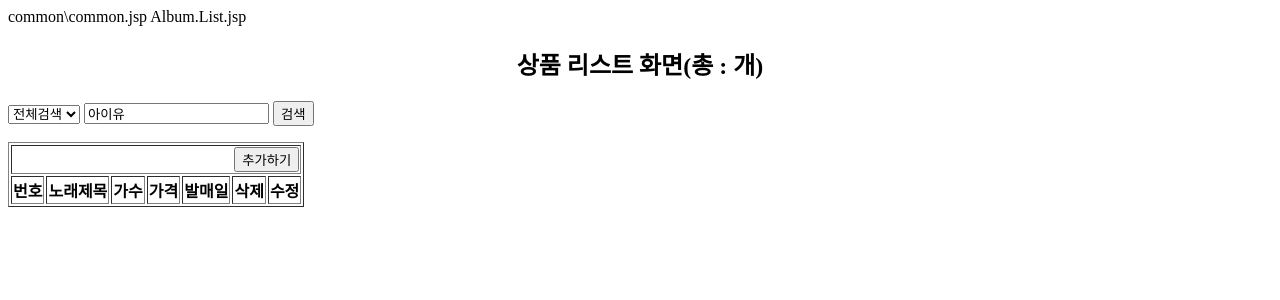
Repository: ChanhoPark-s/academyStudy
Page: http://localhost/13_Spring_MyBatis_Album/WEB-INF/album/AlbumList.jsp
The author's editor kept a copy of each file at every save. The page is drawn from the files as they stood at one save, then again after the next save.
The browser window is 1280 px wide. The pictures show the whole page.
The page is served by Tomcat 9. Nobody is signed in. The template is opened directly, without the code that normally fills it, so the values that code supplies are empty.

Above is the page before, as saved 2022-08-24 06:34:20.

After the next save:
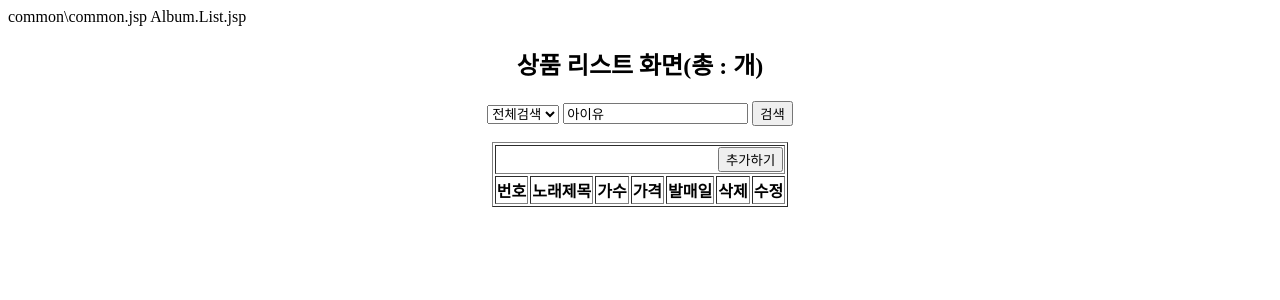
Saved 18 s later.
--- a/13_Spring_MyBatis_Album/src/main/webapp/WEB-INF/album/AlbumList.jsp
+++ b/13_Spring_MyBatis_Album/src/main/webapp/WEB-INF/album/AlbumList.jsp
@@ -16,7 +16,7 @@
 
 <%@ include file = "../common/common.jsp" %>
 Album.List.jsp<br>
-
+<center>
 <h2 align="center">상품 리스트 화면(총 :${totalCount } 개)</h2>
 <form action="list.ab" method="get">
 	<select name="whatColumn">
@@ -67,6 +67,6 @@ Album.List.jsp<br>
 
 <br><br>
 
-<center>
+
 ${pageInfo.pagingHtml}<!-- page 버튼들 문자열로 된 변수를 가져옴 -->
 </center>
